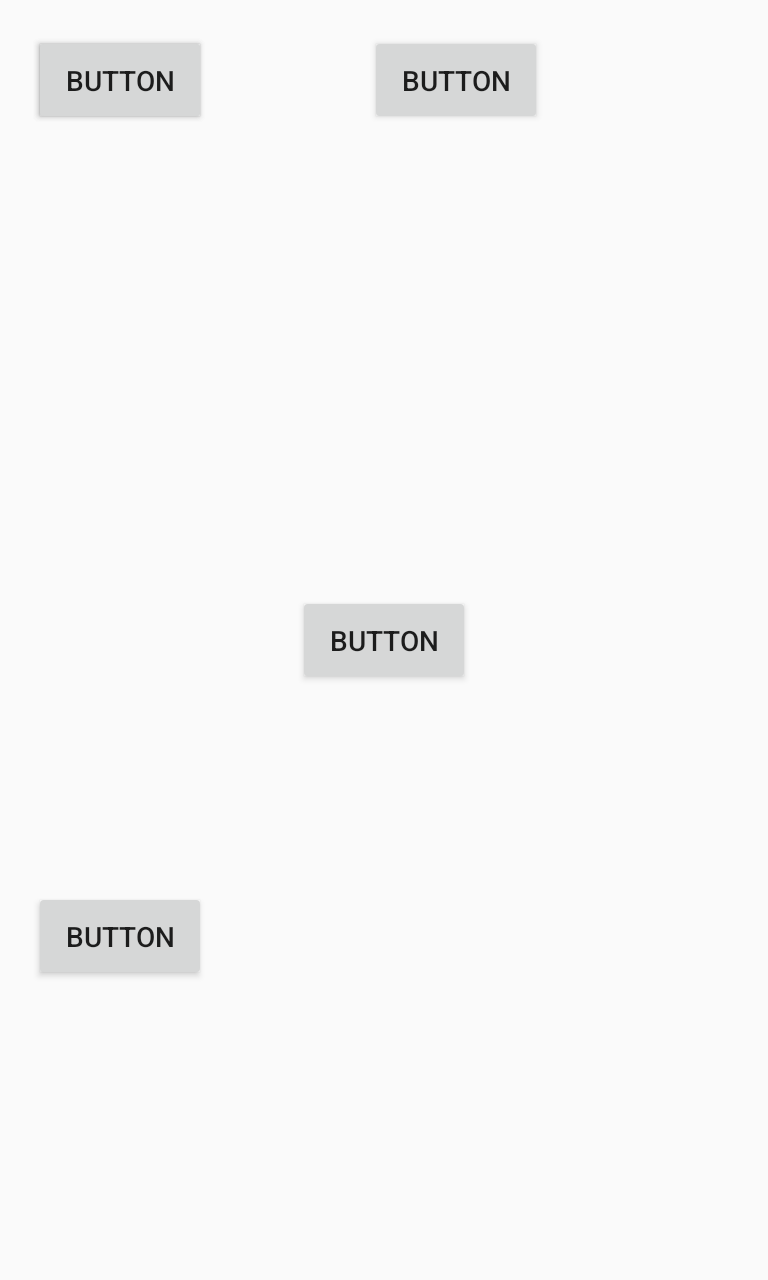
Repository: HarithaAmmuHari/Project
Layout: Relative/res/layout/activity_main.xml
The author's editor kept a copy of each file at every save. The layout is drawn from the files as they stood at one save, then again after the next save.
It is drawn on a 768 x 1280 px phone screen (xhdpi) without system bars, with theme AppTheme; the app's code is not run.

Above is the layout before, as saved 2015-01-21 10:08:26.

### Relative/res/layout/activity_main.xml
<RelativeLayout xmlns:android="http://schemas.android.com/apk/res/android"
    xmlns:tools="http://schemas.android.com/tools"
    android:layout_width="match_parent"
    android:layout_height="match_parent"
    android:paddingBottom="@dimen/activity_vertical_margin"
    android:paddingLeft="@dimen/activity_horizontal_margin"
    android:paddingRight="@dimen/activity_horizontal_margin"
    android:paddingTop="@dimen/activity_vertical_margin"
    tools:context="com.example.relative.MainActivity" >

    <Button
        android:id="@+id/button1"
        android:layout_width="wrap_content"
        android:layout_height="wrap_content"
        android:layout_alignParentLeft="true"
        android:layout_alignParentTop="true"
        android:layout_marginRight="80dp"
        android:text="Button" />

    <Button
        android:id="@+id/Button01"
        android:layout_width="wrap_content"
        android:layout_height="wrap_content"
        android:layout_toRightOf="@+id/button1"
        android:text="Button" />

    <Button
        android:id="@+id/Button02"
        android:layout_width="wrap_content"
        android:layout_height="wrap_content"
        android:layout_centerInParent="true"
        android:text="Button" />

    <Button
        android:id="@+id/Button03"
        android:layout_width="wrap_content"
        android:layout_height="wrap_content"
        android:layout_below="@+id/button1"
        android:layout_marginTop="380dp"
        android:text="Button" />

    <Button
        android:id="@+id/Button04"
        android:layout_width="wrap_content"
        android:layout_height="wrap_content"
        android:text="Button" />

</RelativeLayout>

Loaded but not shown: Relative/res/values/styles.xml (common file); Relative/res/values-v11/styles.xml (common file); Relative/res/values-v14/styles.xml (common file); Relative/res/values/dimens.xml (common file); Relative/res/values-w820dp/dimens.xml (common file)

After the next save:
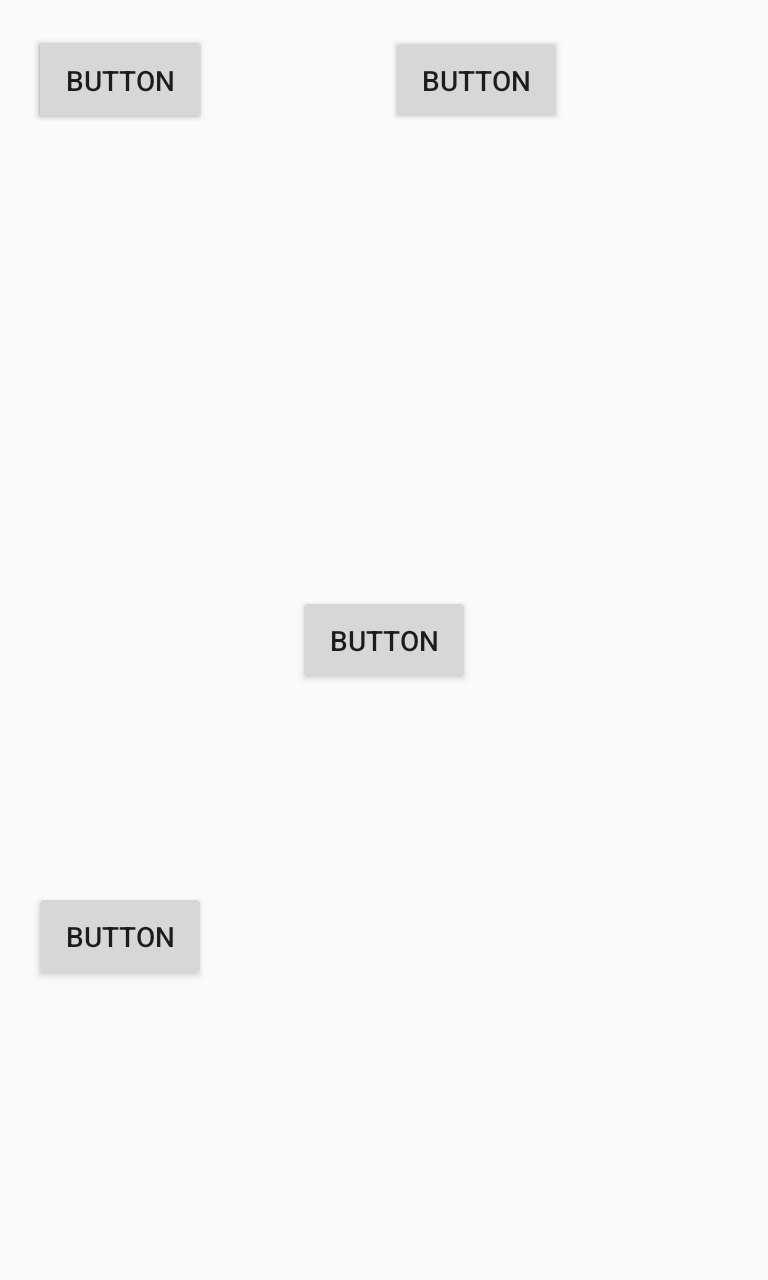
Saved 26 s later.
--- a/Relative/res/layout/activity_main.xml
+++ b/Relative/res/layout/activity_main.xml
@@ -14,7 +14,7 @@
         android:layout_height="wrap_content"
         android:layout_alignParentLeft="true"
         android:layout_alignParentTop="true"
-        android:layout_marginRight="80dp"
+        android:layout_marginRight="90dp"
         android:text="Button" />
 
     <Button
